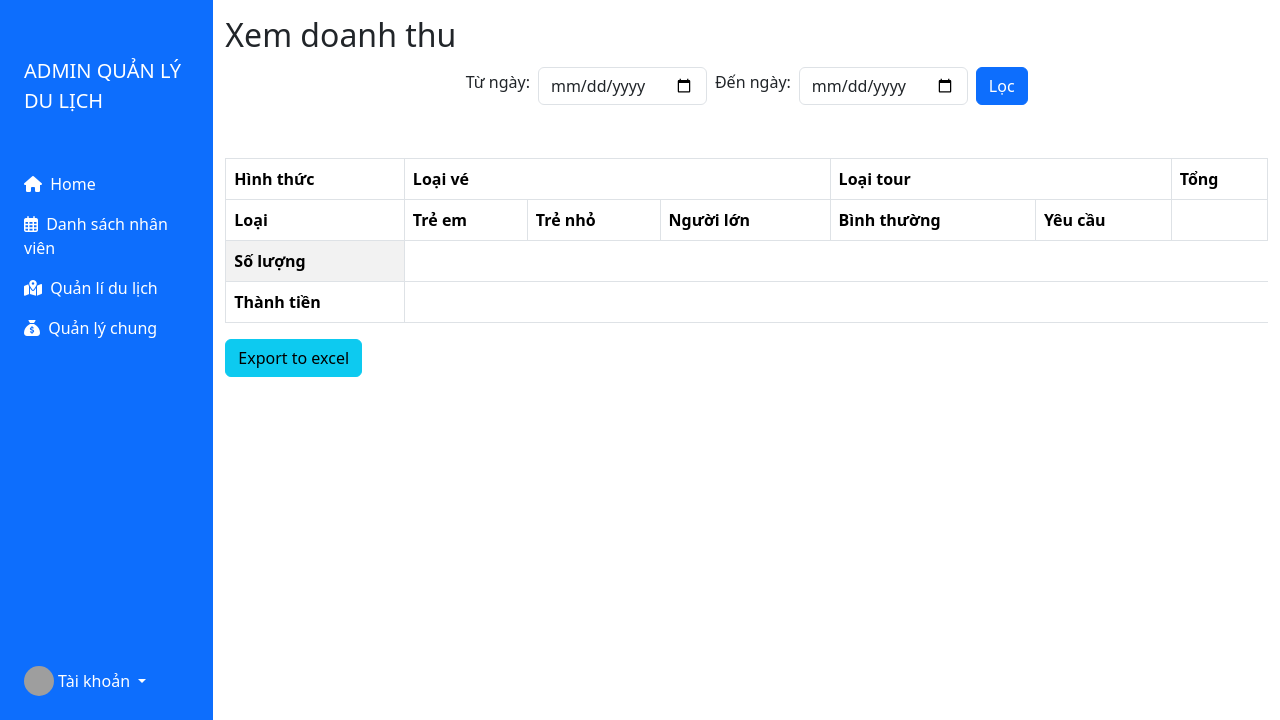
Repository: vantohuu/BOOKINGTOUR
Page: http://localhost/BOOKINGTOUR/WEB-INF/views/doanhthu/doanhthu.jsp
These files come from the project's save history. The page is drawn as it stood at one moment and after the next save; the edit follows.
The browser window is 1280 px wide. The pictures show the whole page.
Pictures or frames that could not be fetched are drawn as grey boxes. Some web libraries are served in a nearby version. The page is served by Tomcat 9. Nobody is signed in. The template is opened directly, without the code that normally fills it, so the values that code supplies are empty.

Above is the page before, as saved 2023-06-05 23:24:10.
Console error: ReferenceError: $ is not defined

After the next save:
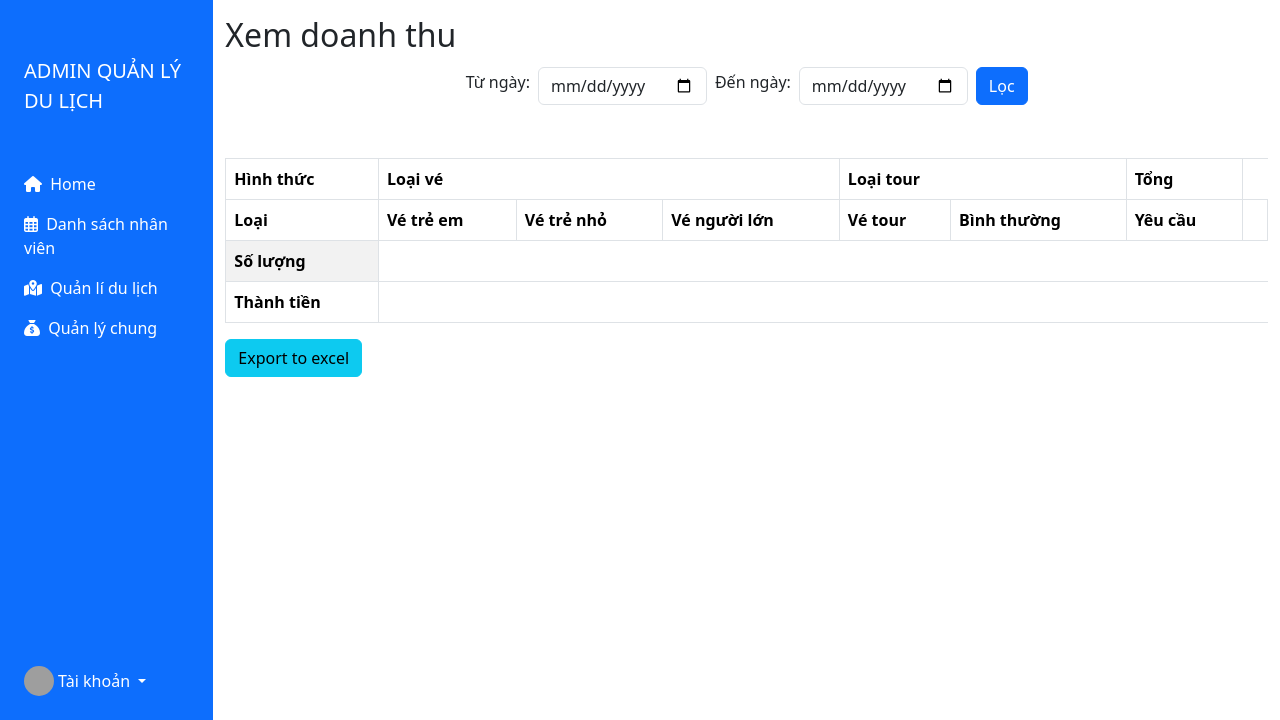
Saved 19 min 27 s later.
--- a/BOOKINGTOUR/src/main/webapp/WEB-INF/views/doanhthu/doanhthu.jsp
+++ b/BOOKINGTOUR/src/main/webapp/WEB-INF/views/doanhthu/doanhthu.jsp
@@ -48,9 +48,10 @@
 						</tr>
 						<tr>
 							<th scope="col">Loại</th>
-							<th scope="col">Trẻ em</th>
-							<th scope="col">Trẻ nhỏ</th>
-							<th scope="col">Người lớn</th>
+							<th scope="col">Vé trẻ em</th>
+							<th scope="col">Vé trẻ nhỏ</th>
+							<th scope="col">Vé người lớn</th>
+							<th scope="col">Vé tour</th>
 							<th scope="col">Bình thường</th>
 							<th scope="col">Yêu cầu</th>
 							<th scope="col"></th>
